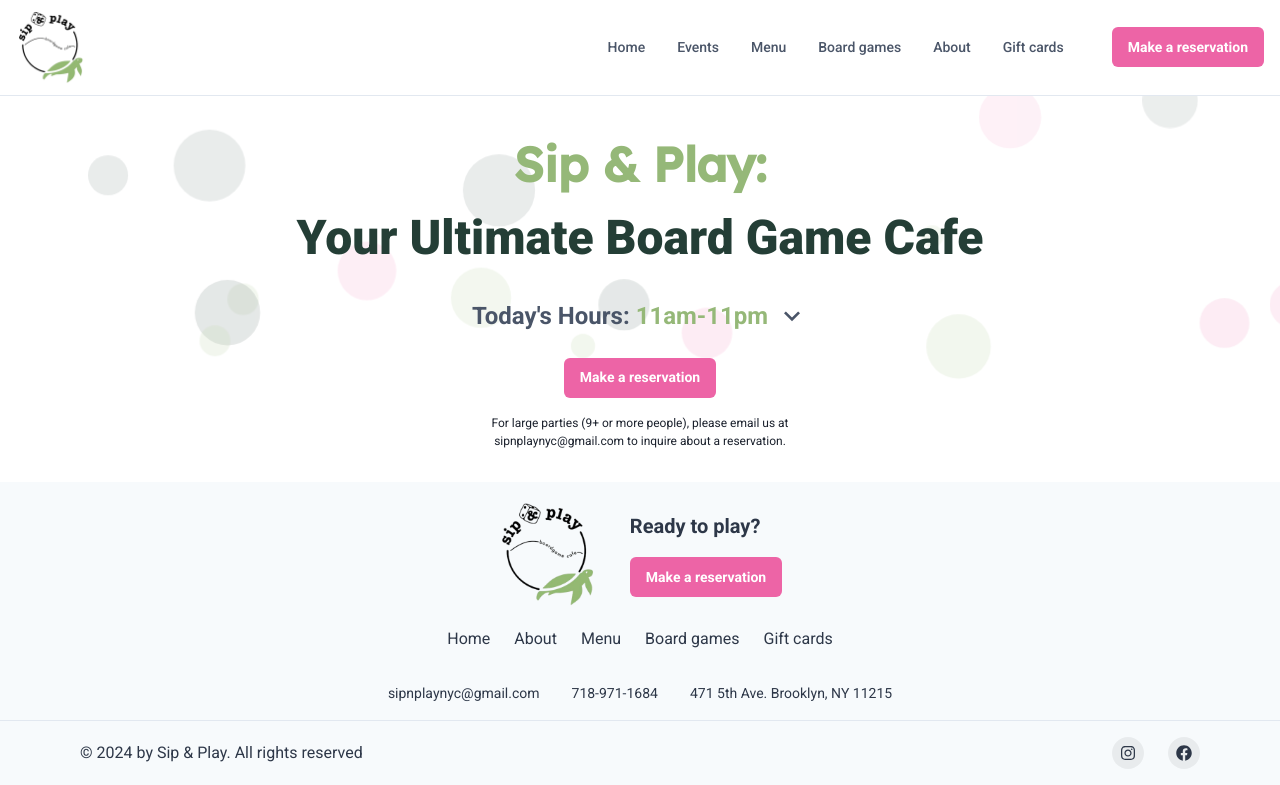
Repository: natespinetti/codedexsummerhackathon
Page: /
The author's editor kept a copy of each file at every save. The page is drawn from the files as they stood at one save, then again after the next save.
The browser window is 1280 px wide. The pictures show the whole page.
The project was rebuilt for these pictures with package versions that can differ from the ones it lists, and the page was loaded fresh each time. The framework's server and built-in components were replaced by stand-ins that run in the browser. Also part of the build but not shown: next.config.mjs.

Above is the page before, as saved 2024-07-11 16:34:29.

After the next save:
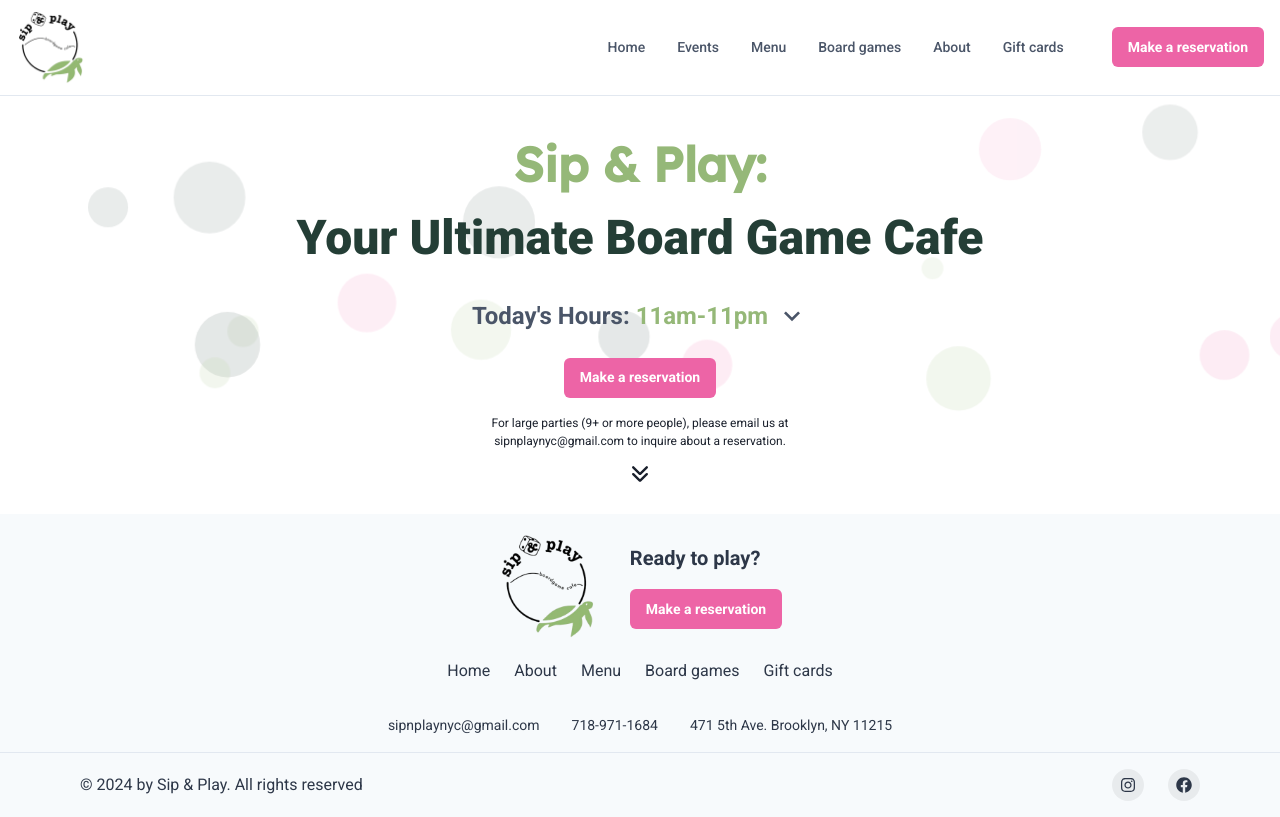
Saved 3 min 42 s later.
--- a/app/components/HomeHero.tsx
+++ b/app/components/HomeHero.tsx
@@ -1,6 +1,12 @@
 "use client";
 import { Box, Text, Button, keyframes } from "@chakra-ui/react";
 import CurrentDayHours from "./CurrentDaysHours";
+import {
+  HamburgerIcon,
+  CloseIcon,
+  ChevronDownIcon,
+  ArrowRightIcon,
+} from "@chakra-ui/icons";
 
 const bubbleAnimation = keyframes`
   0% {
@@ -104,6 +110,7 @@
             </Text>{" "}
             to inquire about a reservation.
           </Text>
+          <ArrowRightIcon transform="rotate(90deg)" />
         </Box>
       </Box>
     </>
